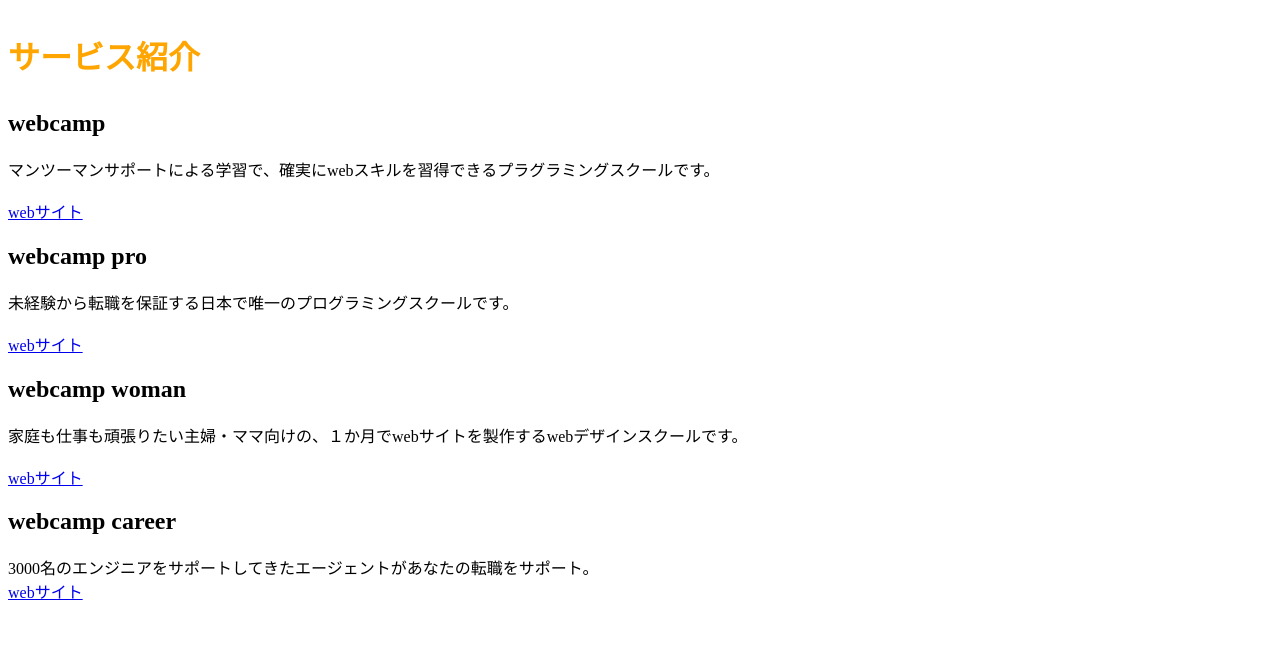
Repository: YasuyoshiSakai/kadai1
Page: sample/ensyuu.html
The author's editor kept a record of every edit. The page is drawn from the files as they stood at one moment, then again after the next edit.
The browser window is 1280 px wide. The pictures show the whole page.

Above is the page before.

After the next edit:
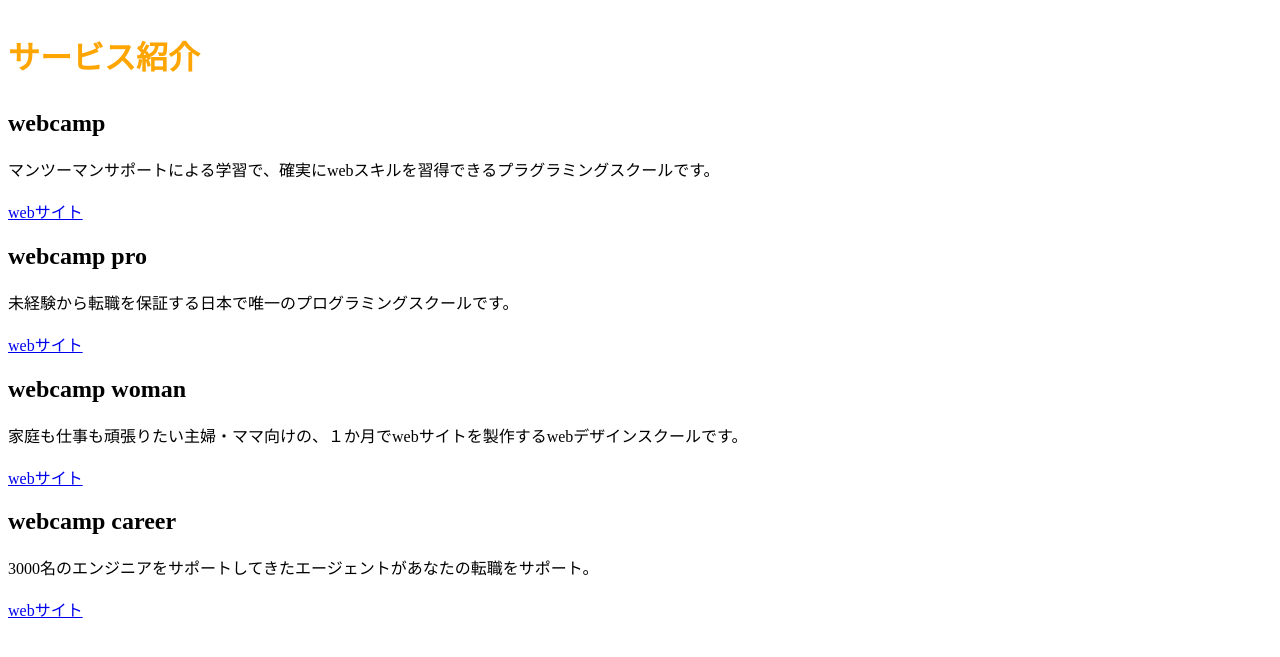
The edit:
--- a/sample/ensyuu.html
+++ b/sample/ensyuu.html
@@ -20,7 +20,7 @@
 家庭も仕事も頑張りたい主婦・ママ向けの、１か月でwebサイトを製作するwebデザインスクールです。<br><br>
 <a href="https://www.google.com/?hl=ja">webサイト</a><br>
 <h2>webcamp career</h2>
-3000名のエンジニアをサポートしてきたエージェントがあなたの転職をサポート。<br>
+3000名のエンジニアをサポートしてきたエージェントがあなたの転職をサポート。<br><br>
 <a href="https://www.google.com/?hl=ja">webサイト</a><br>
   </body>
 </html>
